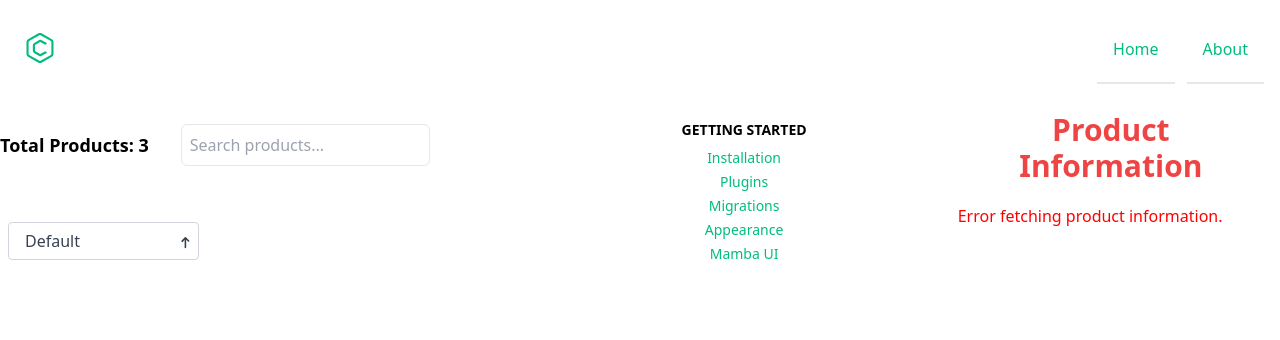
Repository: loktioncode/vectra-shop
Page: /
These files come from the project's save history. The page is drawn as it stood at one moment and after the next save; the edit follows.
The browser window is 1280 px wide. The pictures show the whole page.
The page's requests for data from a server got no answer. The project was rebuilt for these pictures with package versions that can differ from the ones it lists, and the page was loaded fresh each time. No one was signed in, and anything a server would have sent is missing. Also part of the build but not shown: vite.config.ts, src/components/ProductCard.vue. Imported but missing from the stored project, and not drawn on this page: src/components/Counter.vue.

Above is the page before, as saved 2023-09-20 15:52:47.

### src/assets/main.css
@tailwind base;
@tailwind components;
@tailwind utilities;

@import './base.css';

a,
.green {
  text-decoration: none;
  color: hsla(160, 100%, 37%, 1);
  transition: 0.4s;
}

@media (hover: hover) {
  a:hover {
    background-color: hsla(160, 100%, 37%, 0.2);
  }
}

### src/App.vue
<!-- <script setup lang="ts">
import { RouterLink, RouterView } from 'vue-router'
import HelloWorld from './components/HelloWorld.vue'
</script> -->

<template>
  <div class="app">

    <header class="p-4 dark:bg-gray-800 dark:text-gray-100">
      <div class="container flex justify-between h-16 mx-auto">
        <a rel="noopener noreferrer" href="#" aria-label="Back to homepage" class="flex items-center p-2">
          <svg xmlns="http://www.w3.org/2000/svg" fill="currentColor" viewBox="0 0 32 32"
            class="w-8 h-8 dark:text-violet-400">
            <path
              d="M27.912 7.289l-10.324-5.961c-0.455-0.268-1.002-0.425-1.588-0.425s-1.133 0.158-1.604 0.433l0.015-0.008-10.324 5.961c-0.955 0.561-1.586 1.582-1.588 2.75v11.922c0.002 1.168 0.635 2.189 1.574 2.742l0.016 0.008 10.322 5.961c0.455 0.267 1.004 0.425 1.59 0.425 0.584 0 1.131-0.158 1.602-0.433l-0.014 0.008 10.322-5.961c0.955-0.561 1.586-1.582 1.588-2.75v-11.922c-0.002-1.168-0.633-2.189-1.573-2.742zM27.383 21.961c0 0.389-0.211 0.73-0.526 0.914l-0.004 0.002-10.324 5.961c-0.152 0.088-0.334 0.142-0.53 0.142s-0.377-0.053-0.535-0.145l0.005 0.002-10.324-5.961c-0.319-0.186-0.529-0.527-0.529-0.916v-11.922c0-0.389 0.211-0.73 0.526-0.914l0.004-0.002 10.324-5.961c0.152-0.090 0.334-0.143 0.53-0.143s0.377 0.053 0.535 0.144l-0.006-0.002 10.324 5.961c0.319 0.185 0.529 0.527 0.529 0.916z">
            </path>
            <path
              d="M22.094 19.451h-0.758c-0.188 0-0.363 0.049-0.515 0.135l0.006-0.004-4.574 2.512-5.282-3.049v-6.082l5.282-3.051 4.576 2.504c0.146 0.082 0.323 0.131 0.508 0.131h0.758c0.293 0 0.529-0.239 0.529-0.531v-0.716c0-0.2-0.11-0.373-0.271-0.463l-0.004-0.002-5.078-2.777c-0.293-0.164-0.645-0.26-1.015-0.26-0.39 0-0.756 0.106-1.070 0.289l0.010-0.006-5.281 3.049c-0.636 0.375-1.056 1.055-1.059 1.834v6.082c0 0.779 0.422 1.461 1.049 1.828l0.009 0.006 5.281 3.049c0.305 0.178 0.67 0.284 1.061 0.284 0.373 0 0.723-0.098 1.027-0.265l-0.012 0.006 5.080-2.787c0.166-0.091 0.276-0.265 0.276-0.465v-0.716c0-0.293-0.238-0.529-0.529-0.529z">
            </path>
          </svg>
        </a>
        <ul class="items-stretch hidden space-x-3 md:flex">
          <RouterLink to="/" class="flex items-center px-4 -mb-1 border-b-2 dark:border-transparent">Home</RouterLink>
          <RouterLink to="/about" class="flex items-center px-4 -mb-1 border-b-2 dark:border-transparent">About
          </RouterLink>
        </ul>
        <button class="flex justify-end p-4 md:hidden">
          <svg xmlns="http://www.w3.org/2000/svg" fill="none" viewBox="0 0 24 24" stroke="currentColor" class="w-6 h-6">
            <path stroke-linecap="round" stroke-linejoin="round" stroke-width="2" d="M4 6h16M4 12h16M4 18h16"></path>
          </svg>
        </button>
      </div>
    </header>

    <RouterView />

  </div>
</template>

<style >
.app {
  text-align: center;
}
</style>

### src/views/HomeView.vue



<template>
  <div class="flex">
    <Filters />
    <!-- Left Sidebar for Filters -->
    <div class="w-1/4 ">
      <aside class="w-full p-6 sm:w-60 dark:bg-gray-900 dark:text-gray-100">
        <nav class="space-y-10 text-sm">
          <div class="space-y-2">
            <h2 class="text-sm font-semibold tracki uppercase dark:text-gray-400">Getting Started</h2>
            <div class="flex flex-col space-y-1">
              <a rel="noopener noreferrer" href="#">Installation</a>
              <a rel="noopener noreferrer" href="#">Plugins</a>
              <a rel="noopener noreferrer" href="#">Migrations</a>
              <a rel="noopener noreferrer" href="#">Appearance</a>
              <a rel="noopener noreferrer" href="#">Mamba UI</a>
            </div>
          </div>

        </nav>
      </aside>
    </div>

    <!-- Right Side for Product Information -->
    <div class="w-4/4 p-4">
      <h1 class="text-3xl text-red-500 font-bold mb-5">Product Information</h1>
      <Products />
    </div>
  </div>
</template>



<script setup lang="ts">
import Products from '@/components/Products.vue'
import Filters from '@/components/Filters.vue'

</script>

<style>
@media (min-width: 1024px) {
  .home {
    min-height: 100vh;
    align-items: center;
  }



}
</style>

### src/components/Products.vue
<template>
  <div class="flex">
    <div v-if="productStore.loading">Loading...</div>
    <div v-else>
      <div v-if="productStore.error" class="error-message">{{ productStore.error }}</div>
      <div class="px-10">
        <div class="grid grid-cols-4 gap-4">
          <ProductCard v-for="product in productStore.products" :key="product.id" :product="product" />
        </div>
      </div>
    </div>
  </div>
</template>

<script setup lang="ts">
import { onMounted } from 'vue';
import { useProductStore } from '@/stores/productStore';
import ProductCard from '@/components/ProductCard.vue';

const productStore = useProductStore();

async function fetchProductInfo() {
  const apiUrl = 'https://fakestoreapi.com/products'; // Replace with your actual API endpoint
  await productStore.fetchProductInfo(apiUrl);
}

onMounted(() => fetchProductInfo());
</script>

<style scoped>
.error-message {
  color: red;
}
</style>

### src/components/Filters.vue
<template>
    <div class="flex flex-wrap items-center space-x-2">
        <!-- Product Count Display -->
        <div class="text-lg font-semibold mr-4">
            Total Products: {{ filteredProducts.length }}
        </div>

        <!-- Search Form -->
        <div class="flex items-center space-x-2">
            <label for="search" class="sr-only">Search</label>
            <input v-model="searchTerm" id="search" type="text" placeholder="Search products..."
                class="border p-2 rounded-md focus:outline-none focus:ring focus:border-blue-300" />
            <button @click="clearSearch" v-if="searchTerm" class="text-red-500 hover:text-red-700 focus:outline-none">
                Clear
            </button>
        </div>

        <!-- Sort Dropdown -->
        <div class="relative inline-block text-gray-700">
            <select v-model="selectedSortOption"
                class="block appearance-none w-full bg-white border border-gray-300 hover:border-gray-400 px-4 py-2 pr-8 rounded leading-tight focus:outline-none focus:ring">
                <option value="default">Default</option>
                <option value="price-asc">Price (Low to High)</option>
                <option value="price-desc">Price (High to Low)</option>
                <!-- Add more sorting options as needed -->
            </select>
            <div class="pointer-events-none absolute inset-y-0 right-0 flex items-center px-2 text-gray-700">
                <svg class="fill-current h-4 w-4" xmlns="http://www.w3.org/2000/svg" viewBox="0 0 20 20">
                    <path
                        d="M8.293 11.293a1 1 0 001.414 0L12 8.414V18a1 1 0 102 0V8.414l2.293 2.293a1 1 0 101.414-1.414l-4-4a1 1 0 00-1.414 0l-4 4a1 1 0 000 1.414z" />
                </svg>
            </div>
        </div>
    </div>
</template>


<script setup lang="ts">
import { ref, computed } from 'vue';

// Sample product data (replace with your actual data)
const products = [
    { id: 1, name: 'Product 1', price: 20.0 },
    { id: 2, name: 'Product 2', price: 30.0 },
    { id: 3, name: 'Product 3', price: 15.0 },
    // Add more products as needed
];

const searchTerm = ref('');
const selectedSortOption = ref('default');

const clearSearch = () => {
    searchTerm.value = '';
};

const filteredProducts = computed(() => {
    let result = [...products];

    if (searchTerm.value) {
        result = result.filter(product =>
            product.name.toLowerCase().includes(searchTerm.value.toLowerCase())
        );
    }

    if (selectedSortOption.value === 'price-asc') {
        result.sort((a, b) => a.price - b.price);
    } else if (selectedSortOption.value === 'price-desc') {
        result.sort((a, b) => b.price - a.price);
    }

    return result;
});
</script>

### src/stores/productStore.ts
import { defineStore } from 'pinia';

interface Product {
    id: string;
    title: string;
    description: string;
    price: number;
}

export const useProductStore = defineStore({
    id: 'products',
    state: () => ({
        products: [] as Product[],
        loading: false,
        error: null as string | null,
    }),
    actions: {
        async fetchProductInfo(apiUrl: string) {
            try {
                this.loading = true;
                const response = await fetch(apiUrl);

                if (!response.ok) {
                    throw new Error('Network response was not ok');
                }

                this.products = await response.json();
                this.error = null;
            } catch (error) {
                this.error = 'Error fetching product information.';
                console.error(error);
            } finally {
                this.loading = false;
            }
        },
    },
    getters: {


    }
})

### tailwind.config.js
/** @type {import('tailwindcss').Config} */
module.exports = {
  content: [
    "./index.html",
    "./src/**/*.{vue,js,jsx,ts,tsx}",
  ],
  theme: {
    extend: {},
  },
  plugins: [],
}

Loaded but not shown: index.html (common file); src/main.ts (common file); src/router/index.ts (common file)

After the next save:
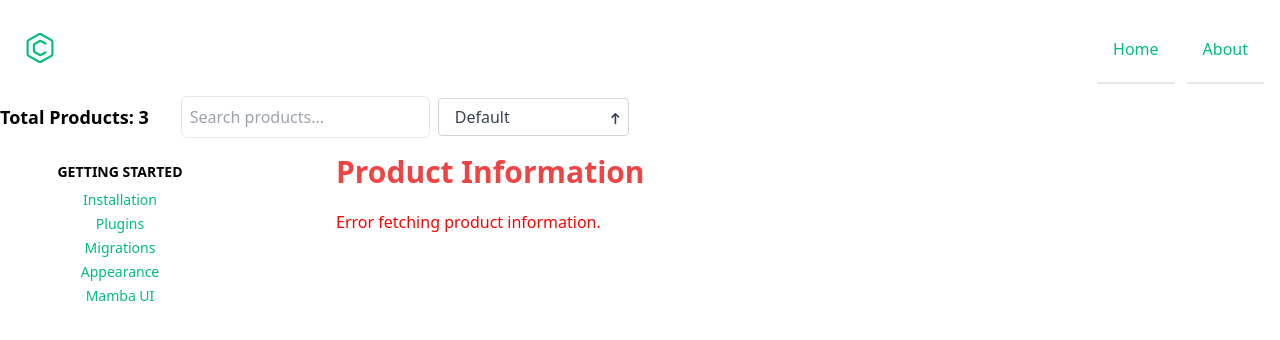
Saved 12 s later.
--- a/src/views/HomeView.vue
+++ b/src/views/HomeView.vue
@@ -2,8 +2,9 @@
 
 
 <template>
+    <Filters />
+
   <div class="flex">
-    <Filters />
     <!-- Left Sidebar for Filters -->
     <div class="w-1/4 ">
       <aside class="w-full p-6 sm:w-60 dark:bg-gray-900 dark:text-gray-100">
